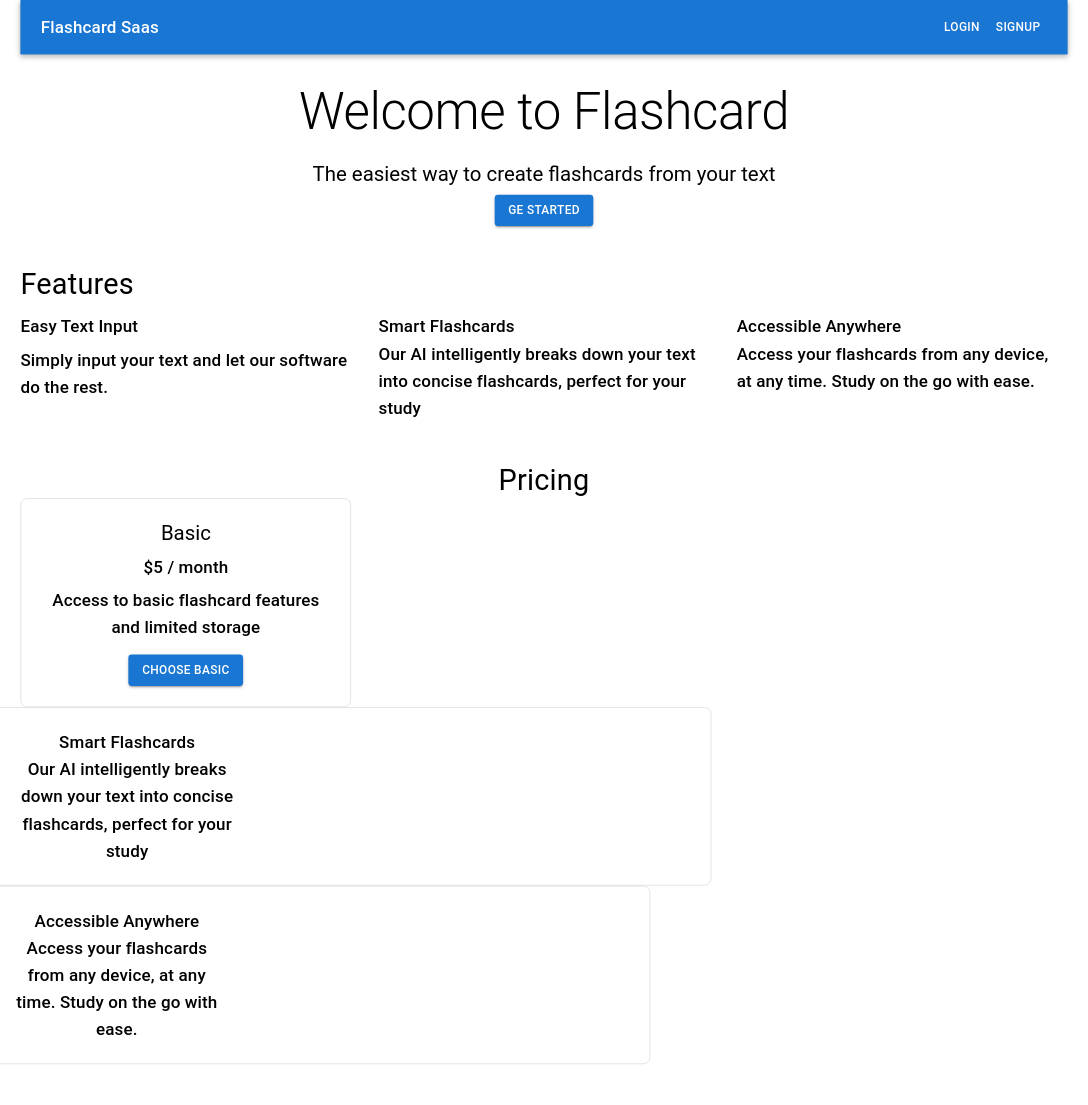
Repository: rakeshpuppala2590/AI-Flashcards-Stripe
Page: /
These files come from the project's save history. The page is drawn as it stood at one moment and after the next save; the edit follows.
The browser window is 1280 px wide. The pictures show the whole page, at 85% of full size.
The page's requests for data from a server got no answer. The project was rebuilt for these pictures with package versions that can differ from the ones it lists, and the page was loaded fresh each time. Some packages were replaced by stand-ins written for this rebuild. The framework's server and built-in components were replaced by stand-ins that run in the browser. No one was signed in, and anything a server would have sent is missing. Also part of the build but not shown: next.config.mjs.

Above is the page before, as saved 2024-08-12 15:12:21.

### src/app/page.js
import getStripe from "../../utils/get-stripe";
import { SignedIn, SignedOut, UserButton } from "@clerk/nextjs";
import Head from "next/head";
import {
  Grid,
  AppBar,
  Button,
  Container,
  Toolbar,
  Typography,
  Box,
} from "@mui/material";

export default function Home() {
  return (
    <Container maxWidth="100vW">
      <Head>
        <title>Flashcard Saas</title>
        <meta
          name="description"
          content="create flashcard from your text"
        ></meta>
      </Head>

      <AppBar position="static">
        <Toolbar>
          <Typography variant="h6" style={{ flexGrow: 1 }}>
            Flashcard Saas
          </Typography>
          <SignedOut>
            <Button color="inherit">Login</Button>
            <Button color="inherit">SignUp</Button>
          </SignedOut>
          <SignedIn>
            <Button>Logout</Button>
          </SignedIn>
        </Toolbar>
      </AppBar>

      <Box
        sx={{
          textAlign: "center",
          my: 4,
        }}
      >
        <Typography variant="h2" gutterBottom>
          Welcome to Flashcard
        </Typography>
        <Typography variant="h5" gutterBottom>
          {" "}
          The easiest way to create flashcards from your text
        </Typography>
        <Button variant="contained" color="primary">
          Ge Started
        </Button>
      </Box>
      <Box sx={{ my: 6 }}>
        <Typography variant="h4" gutterBottom>
          Features
        </Typography>
        <Grid container spacing={4}>
          <Grid item xs={12} md={4}>
            {" "}
            <Typography variant="h6" gutterBottom>
              Easy Text Input
            </Typography>
            <Typography variant="h6"> </Typography>
            <Typography variant="h6">
              Simply input your text and let our software do the rest.
            </Typography>
          </Grid>
          <Grid item xs={12} md={4}>
            {" "}
            <Typography variant="h6">Smart Flashcards</Typography>
            <Typography variant="h6"> </Typography>
            <Typography variant="h6">
              Our AI intelligently breaks down your text into concise
              flashcards, perfect for your study
            </Typography>
          </Grid>
          <Grid item xs={12} md={4}>
            {" "}
            <Typography variant="h6">Accessible Anywhere</Typography>
            <Typography variant="h6"> </Typography>
            <Typography variant="h6">
              Access your flashcards from any device, at any time. Study on the
              go with ease.
            </Typography>
          </Grid>
        </Grid>
      </Box>
      <Box sx={{ my: 6, textAlign: "center" }}>
        <Typography variant="h4">Pricing</Typography>
        <Grid container spacing={4}>
          <Grid item xs={12} md={4}>
            <Box
              sx={{
                p: 3,
                border: "1px solid",
                borderColor: "grey.300",
                borderRadius: 2,
              }}
            >
              <Typography variant="h5" gutterBottom>
                Basic
              </Typography>
              <Typography variant="h6" gutterBottom>
                $5 / month{" "}
              </Typography>
              <Typography variant="h6">
                {" "}
                Access to basic flashcard features and limited storage
              </Typography>
              <Button variant="contained" color="primary" sx={{ mt: 2 }}>
                Choose Basic
              </Button>
            </Box>
          </Grid>
          <Box
            sx={{
              p: 3,
              border: "1px solid",
              borderColor: "grey.300",
              borderRadius: 2,
            }}
          >
            <Grid item xs={12} md={4}>
              {" "}
              <Typography variant="h6">Smart Flashcards</Typography>
              <Typography variant="h6"> </Typography>
              <Typography variant="h6">
                Our AI intelligently breaks down your text into concise
                flashcards, perfect for your study
              </Typography>
            </Grid>
          </Box>
          <Box
            sx={{
              p: 3,
              border: "1px solid",
              borderColor: "grey.300",
              borderRadius: 2,
            }}
          >
            <Grid item xs={12} md={4}>
              {" "}
              <Typography variant="h6">Accessible Anywhere</Typography>
              <Typography variant="h6"> </Typography>
              <Typography variant="h6">
                Access your flashcards from any device, at any time. Study on
                the go with ease.
              </Typography>
            </Grid>
          </Box>
        </Grid>
      </Box>
    </Container>
  );
}

### utils/get-stripe.js
import { loadStripe } from "@stripe/stripe-js";
let stripePromise;
const getStripe = () => {
  if (!stripePromise) {
    stripePromise = loadStripe(process.env.NEXTJS_PUBLIC_STRIPE_PULIC_KEY);
  }
  return stripePromise;
};
export default getStripe;

Loaded but not shown: src/app/layout.js (common file); src/app/globals.css (common file); tailwind.config.js (common file)

After the next save:
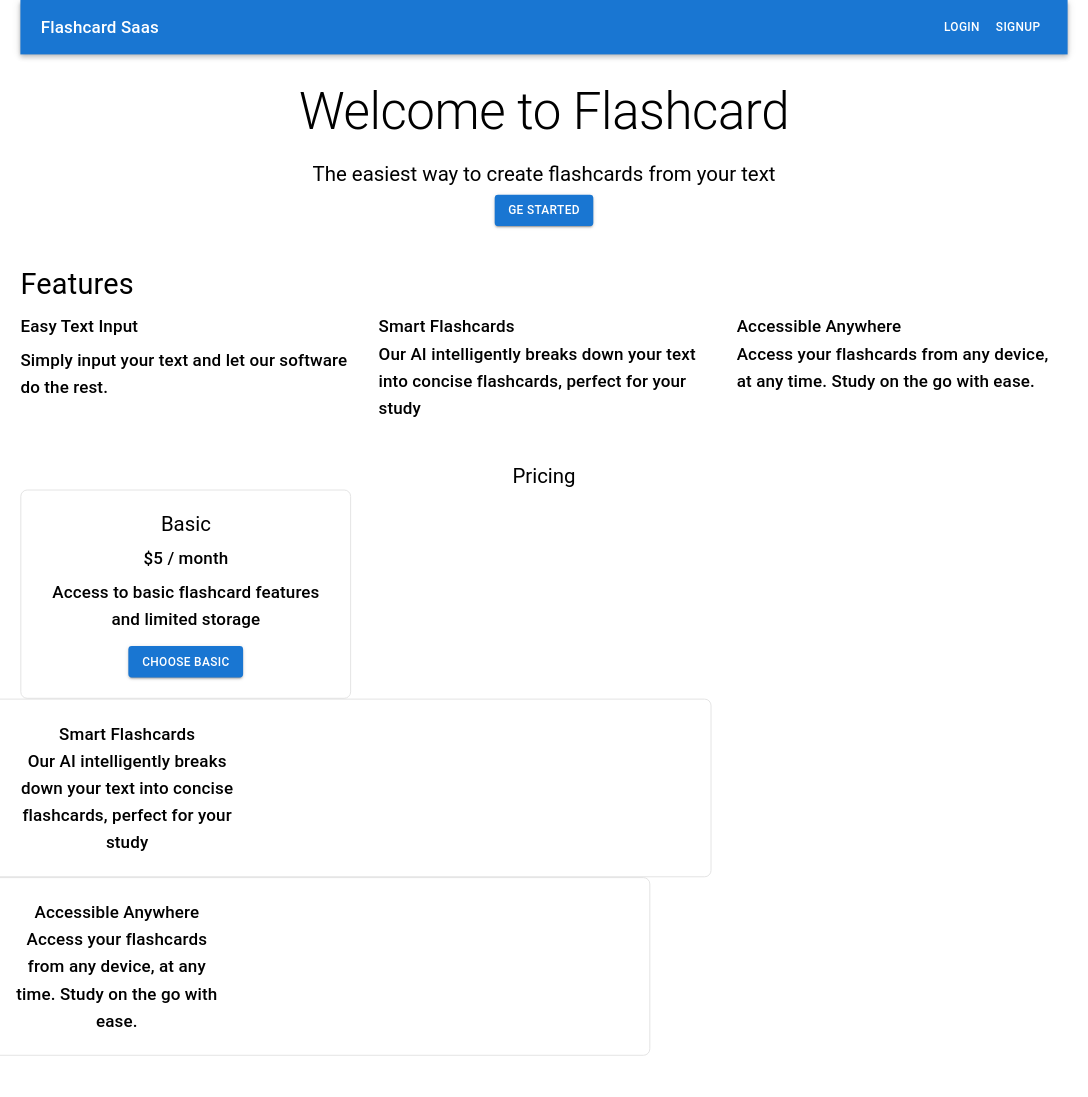
Saved 14 s later.
--- a/src/app/page.js
+++ b/src/app/page.js
@@ -90,7 +90,7 @@
         </Grid>
       </Box>
       <Box sx={{ my: 6, textAlign: "center" }}>
-        <Typography variant="h4">Pricing</Typography>
+        <Typography variant="h5">Pricing</Typography>
         <Grid container spacing={4}>
           <Grid item xs={12} md={4}>
             <Box

After the save that followed:
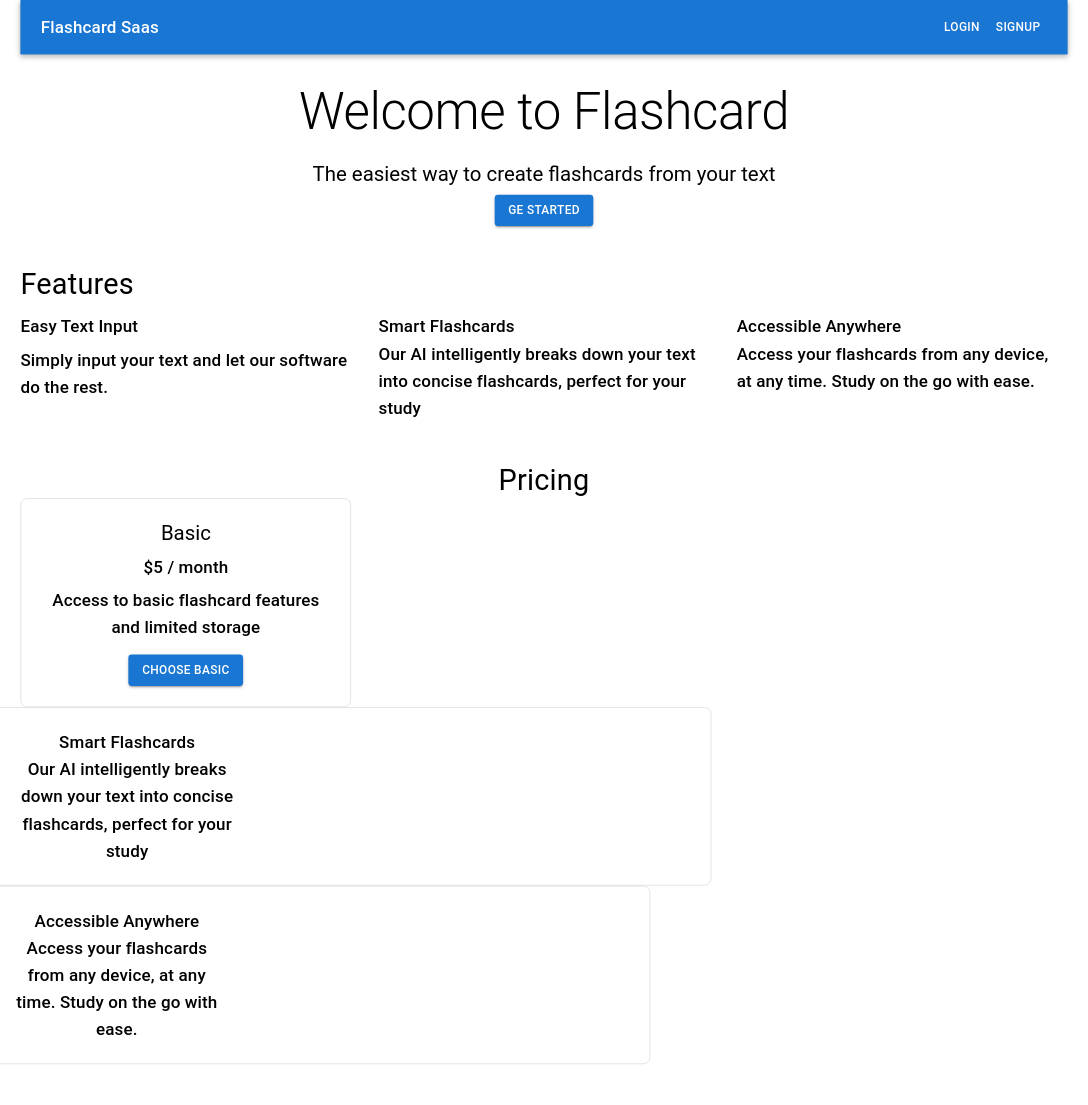
Saved 6 s later.
--- a/src/app/page.js
+++ b/src/app/page.js
@@ -90,7 +90,7 @@
         </Grid>
       </Box>
       <Box sx={{ my: 6, textAlign: "center" }}>
-        <Typography variant="h5">Pricing</Typography>
+        <Typography variant="h4">Pricing</Typography>
         <Grid container spacing={4}>
           <Grid item xs={12} md={4}>
             <Box
